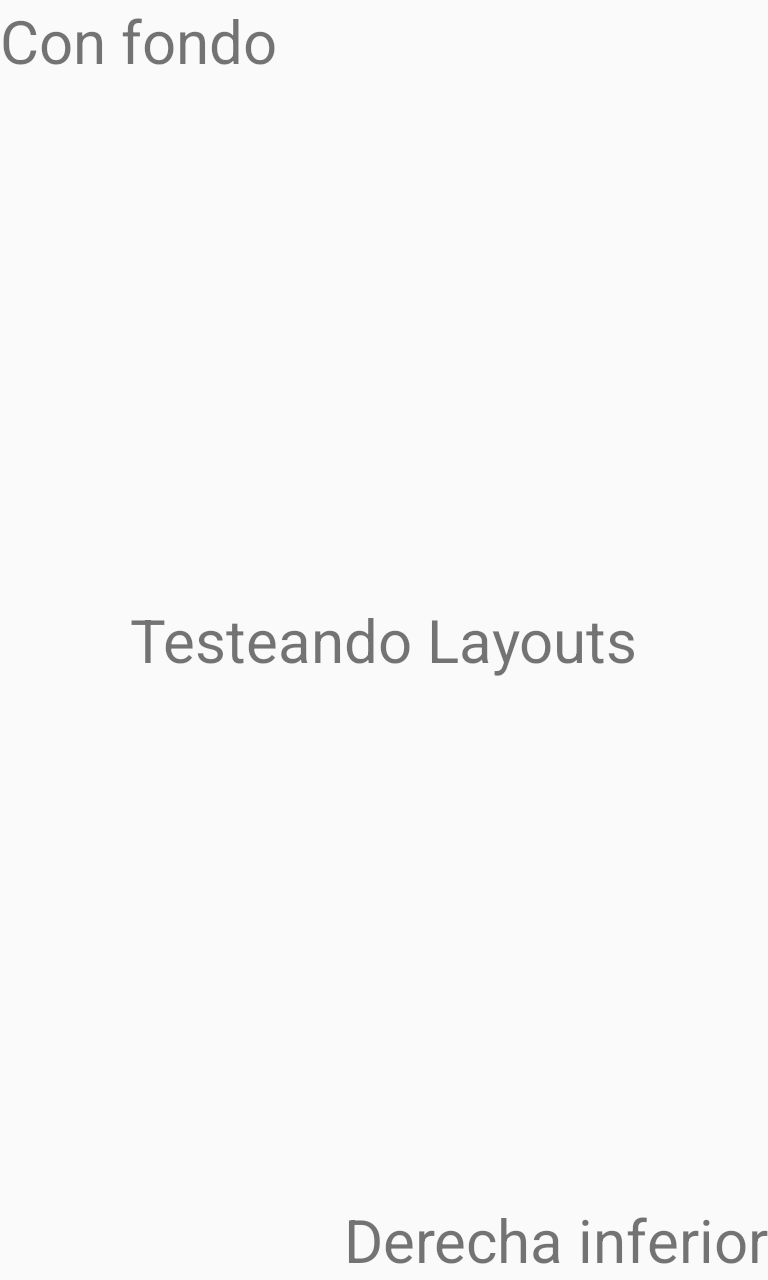
Repository: jromanz/android-projects
Layout: ListaAlumnos/res/layout/activity_frame_layout.xml
These files come from the project's save history. The layout is drawn as it stood at one moment and after the next save; the edit follows.
It is drawn on a 768 x 1280 px phone screen (xhdpi) without system bars, with theme AppTheme; the app's code is not run.

Above is the layout before, as saved 2014-08-28 23:24:08.

### ListaAlumnos/res/layout/activity_frame_layout.xml
<FrameLayout xmlns:android="http://schemas.android.com/apk/res/android"
    xmlns:tools="http://schemas.android.com/tools"
    android:layout_width="fill_parent"
    android:layout_height="fill_parent"
    tools:context="${relativePackage}.${activityClass}" >

        <TextView
        android:layout_width="wrap_content"
        android:layout_height="wrap_content"
        android:text="Con fondo"
        android:textSize="30sp"
        android:layout_gravity="top|left"
        />

    <TextView
        android:layout_width="wrap_content"
        android:layout_height="wrap_content"
        android:text="Testeando Layouts"
        android:textSize="30sp"
        android:layout_gravity="center"
        />


    <TextView
        android:layout_width="wrap_content"
        android:layout_height="wrap_content"
        android:text="Derecha inferior"
        android:textSize="30sp"
        android:layout_gravity="bottom|right"
        />

</FrameLayout>

Loaded but not shown: ListaAlumnos/res/values/styles.xml (common file); ListaAlumnos/res/values-v11/styles.xml (common file); ListaAlumnos/res/values-v14/styles.xml (common file)

After the next save:
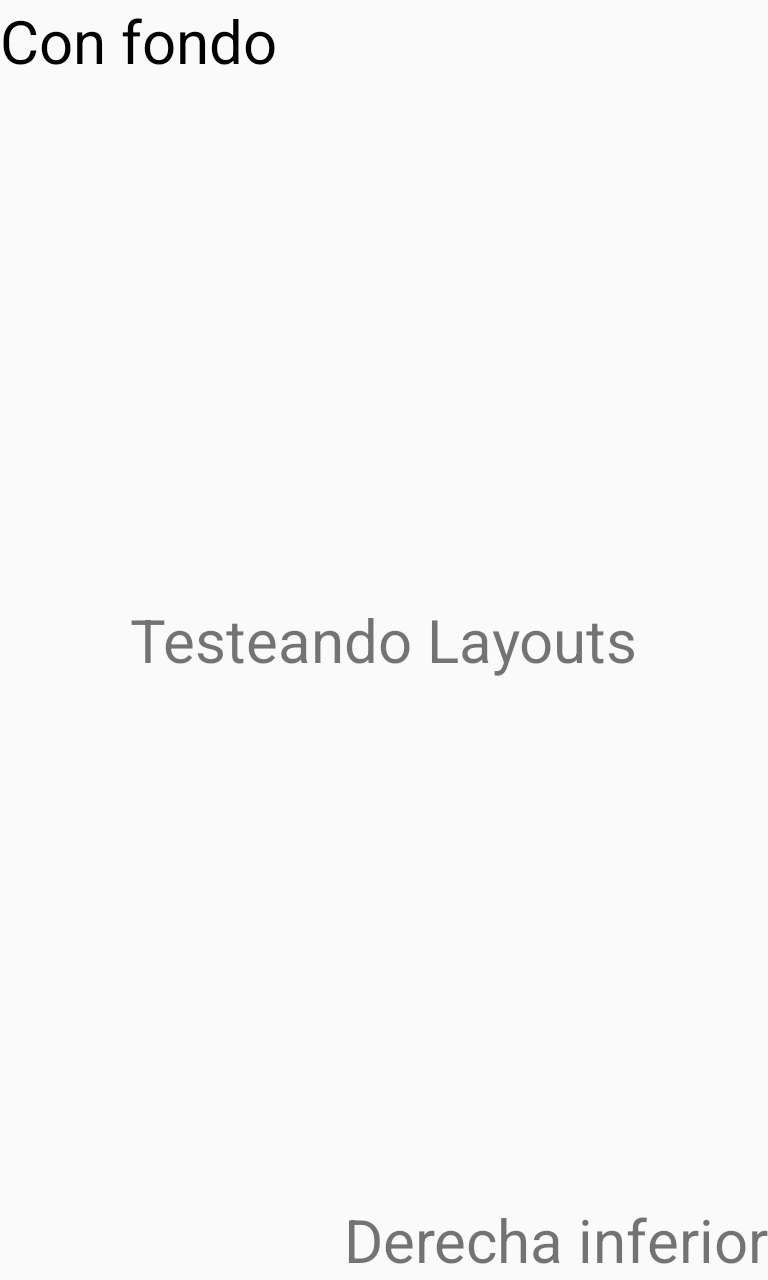
Saved 15 s later.
--- a/ListaAlumnos/res/layout/activity_frame_layout.xml
+++ b/ListaAlumnos/res/layout/activity_frame_layout.xml
@@ -10,6 +10,7 @@
         android:text="Con fondo"
         android:textSize="30sp"
         android:layout_gravity="top|left"
+        android:textColor="#000000"
         />
 
     <TextView
